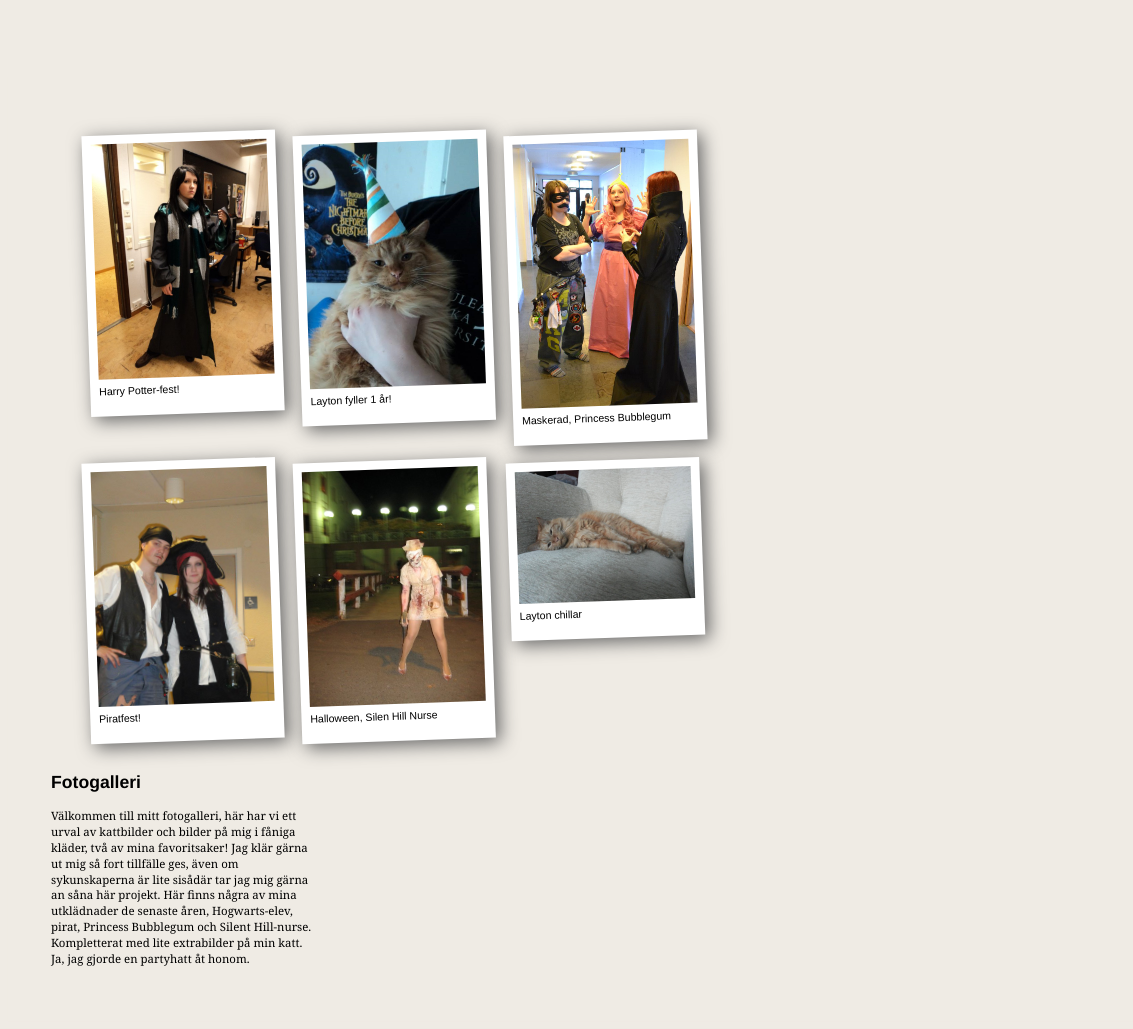
Repository: ma223md/1ik415
Page: gallery/gallery.html
The author's editor kept a record of every edit. The page is drawn from the files as they stood at one moment, then again after the next edit.
The browser window is 1280 px wide. The page is 1288 px wide, so the pictures cover 1288 px, including what lies to the right of the window. The pictures show the whole page, at 88% of full size.

Above is the page before.

### gallery/gallery.html
<!DOCTYPE html>
<html>
    <head>
        <title>Fotogalleri</title>
        <meta charset="UTF-8">
        <!-- Gör så att svenska bokstäver visas korrekt -->
        <meta name="viewport" content="width=device-width, initial-scale=1.0" />
        <link rel="stylesheet" href="gallerystyle.css" />
        <link href='//fonts.googleapis.com/css?family=Ubuntu' rel='stylesheet' type='text/css'>
        <link rel="apple-touch-icon" href="pictures/appleicon.png" />
    </head>
    <body>
        <header></header>
        <main>
            <section class="gallery">
            <ul>
                <a href="gallerypics/HP.jpg" title="Harry Potter-fest!"> <img src="gallerypics/HP.jpg" alt="Jag i svart hår, Slytherin-klädnad och halsduk"></a>
                <a href="gallerypics/layton1.jpg" title="Layton fyller 1 år!"> <img src="gallerypics/layton1.jpg" alt="Orange katt med partyhatt"></a>
                <a href="gallerypics/princessbubblegum.jpg" title="Maskerad, Princess Bubblegum"> <img src="gallerypics/princessbubblegum.jpg" alt="Tre personer, en med lång rosa peruk, rosa långklänning och prinsesskrona"></a>
                <a href="gallerypics/pirate.jpg" title="Piratfest!"> <img src="gallerypics/pirate.jpg" alt="Två personer i piratkläder"></a>
                <a href="gallerypics/silenthill.jpg" title="Halloween, Silen Hill Nurse"> <img src="gallerypics/silenthill.jpg" alt="Kvinna i blodiga sjuksköterskekläder och bandage runt huvudet"></a>
                <a href="gallerypics/layton2.jpg" title="Layton chillar"> <img src="gallerypics/layton2.jpg" alt="Orange katt liggandes i fåtölj"></a>
            </section>
            <aside class="galleryinfo">
                <h2>Fotogalleri</h2>
                <p>Välkommen till mitt fotogalleri, här har vi ett urval av kattbilder och bilder på mig i fåniga kläder, två
                av mina favoritsaker! Jag klär gärna ut mig så fort tillfälle ges, även om sykunskaperna är lite sisådär tar jag
                mig gärna an såna här projekt. Här finns några av mina utklädnader de senaste åren, Hogwarts-elev, pirat, Princess Bubblegum
                och Silent Hill-nurse. Kompletterat med lite extrabilder på min katt. Ja, jag gjorde en partyhatt åt honom.
                </p>
            </aside>
        </main>
    </body>
</html>

### gallery/gallerystyle.css
body
{
    background-color: #efebe4;
    font: 13px georgia, serif;
}

header
{
    width:1200px;
    height: 80px;
}

main
{
    background: #efebe4;
    width: 1200px;
    overflow: auto;
    margin: 0 auto;
    padding: 40px;
}

section
{
    float:left;
    width: 900px;
}

aside
{
    padding: 10px;
    float: left;
    width: 300px;
}

a
{
    text-decoration: none;
    color: #000;
}

h2
{
    font: bold 20px helvetica, sans-serif;
}

a
{
    display: block;
    width: 200px;
    background: #ffffff;
    padding: 10px;
    padding-bottom: 20px;
    margin-top: 10px;
    -moz-box-shadow: #666 5px 5px 20px;
    -webkit-box-shadow: #666 5px 5px 20px;
    -moz-transition: all 0.2s ease-in-out;
    -webkit-transition:all 0.2s ease-in-out;
    float: left;
    margin: 10px;

    -webkit-transform: rotate(-2deg);
    -moz-transform: rotate(-2deg);
}

a:hover
{
    -moz-box-shadow: #ccc 5px 5px 20px;
    -webkit-box-shadow: #ccc 5px 5px 20px;
    -webkit-transform: scale(1.25);
    -moz-transform: scale(1.25);
    position: relative;
    z-index: 5;
    -moz-transition: all 0.2s ease-in-out;
    -webkit-transition:all 0.2s ease-in-out;
}

a:after {
  content: attr(title);
  font: 12px helvetica, sans-serif;
  tex
}

img
{
    width: 200px;
    max-height: 400px;
}

After the next edit:
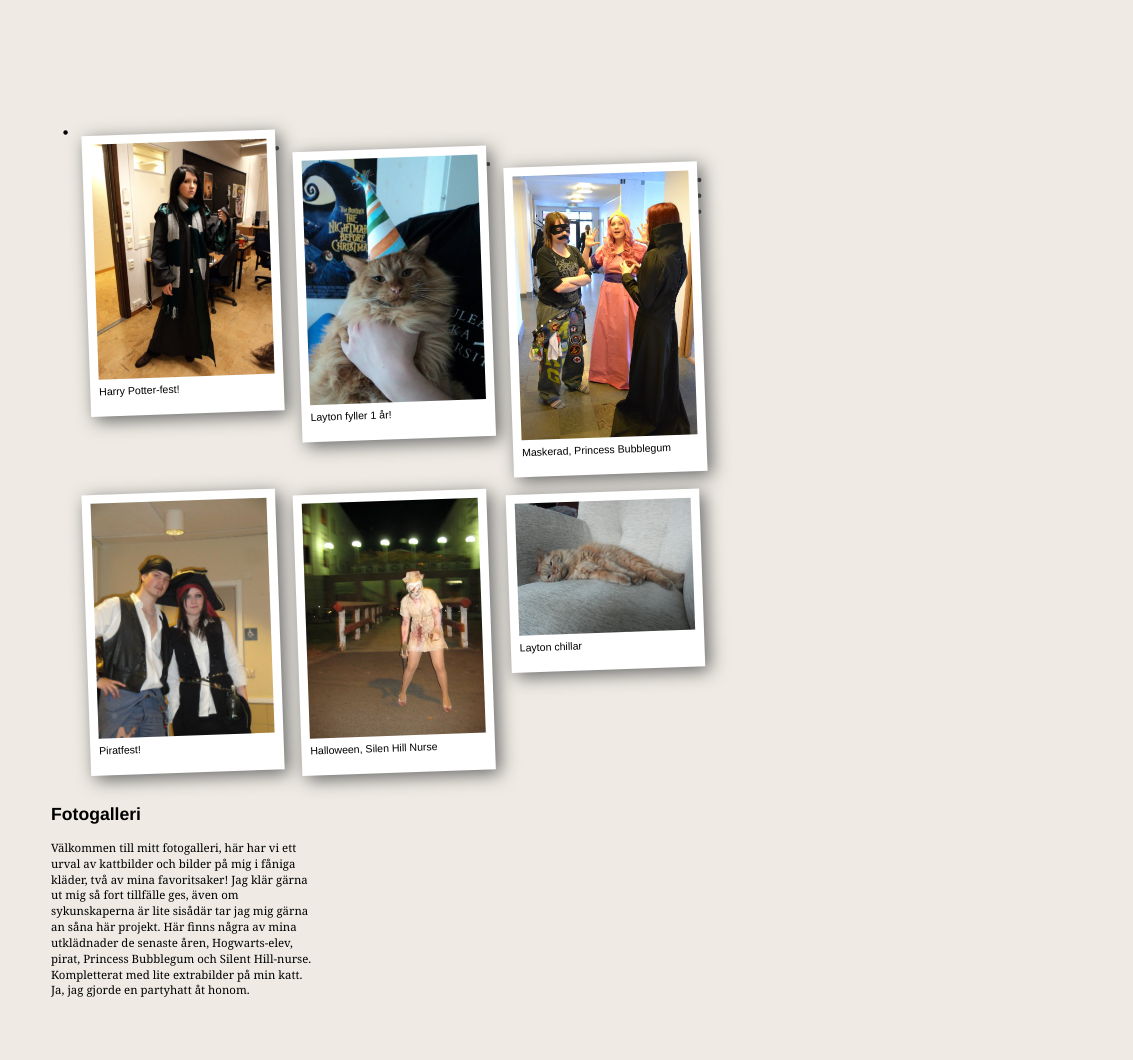
The edit:
--- a/gallery/gallery.html
+++ b/gallery/gallery.html
@@ -13,13 +13,14 @@
         <header></header>
         <main>
             <section class="gallery">
-            <ul>
-                <a href="gallerypics/HP.jpg" title="Harry Potter-fest!"> <img src="gallerypics/HP.jpg" alt="Jag i svart hår, Slytherin-klädnad och halsduk"></a>
-                <a href="gallerypics/layton1.jpg" title="Layton fyller 1 år!"> <img src="gallerypics/layton1.jpg" alt="Orange katt med partyhatt"></a>
-                <a href="gallerypics/princessbubblegum.jpg" title="Maskerad, Princess Bubblegum"> <img src="gallerypics/princessbubblegum.jpg" alt="Tre personer, en med lång rosa peruk, rosa långklänning och prinsesskrona"></a>
-                <a href="gallerypics/pirate.jpg" title="Piratfest!"> <img src="gallerypics/pirate.jpg" alt="Två personer i piratkläder"></a>
-                <a href="gallerypics/silenthill.jpg" title="Halloween, Silen Hill Nurse"> <img src="gallerypics/silenthill.jpg" alt="Kvinna i blodiga sjuksköterskekläder och bandage runt huvudet"></a>
-                <a href="gallerypics/layton2.jpg" title="Layton chillar"> <img src="gallerypics/layton2.jpg" alt="Orange katt liggandes i fåtölj"></a>
+                <ul>
+                    <li><a href="gallerypics/HP.jpg" title="Harry Potter-fest!"> <img src="gallerypics/HP.jpg" alt="Jag i svart hår, Slytherin-klädnad och halsduk"></a></li>
+                    <li><a href="gallerypics/layton1.jpg" title="Layton fyller 1 år!"> <img src="gallerypics/layton1.jpg" alt="Orange katt med partyhatt"></a>
+                    <li><a href="gallerypics/princessbubblegum.jpg" title="Maskerad, Princess Bubblegum"> <img src="gallerypics/princessbubblegum.jpg" alt="Tre personer, en med lång rosa peruk, rosa långklänning och prinsesskrona"></a>
+                    <li><a href="gallerypics/pirate.jpg" title="Piratfest!"> <img src="gallerypics/pirate.jpg" alt="Två personer i piratkläder"></a>
+                    <li><a href="gallerypics/silenthill.jpg" title="Halloween, Silen Hill Nurse"> <img src="gallerypics/silenthill.jpg" alt="Kvinna i blodiga sjuksköterskekläder och bandage runt huvudet"></a>
+                    <li><a href="gallerypics/layton2.jpg" title="Layton chillar"> <img src="gallerypics/layton2.jpg" alt="Orange katt liggandes i fåtölj"></a>
+                </ul>
             </section>
             <aside class="galleryinfo">
                 <h2>Fotogalleri</h2>
